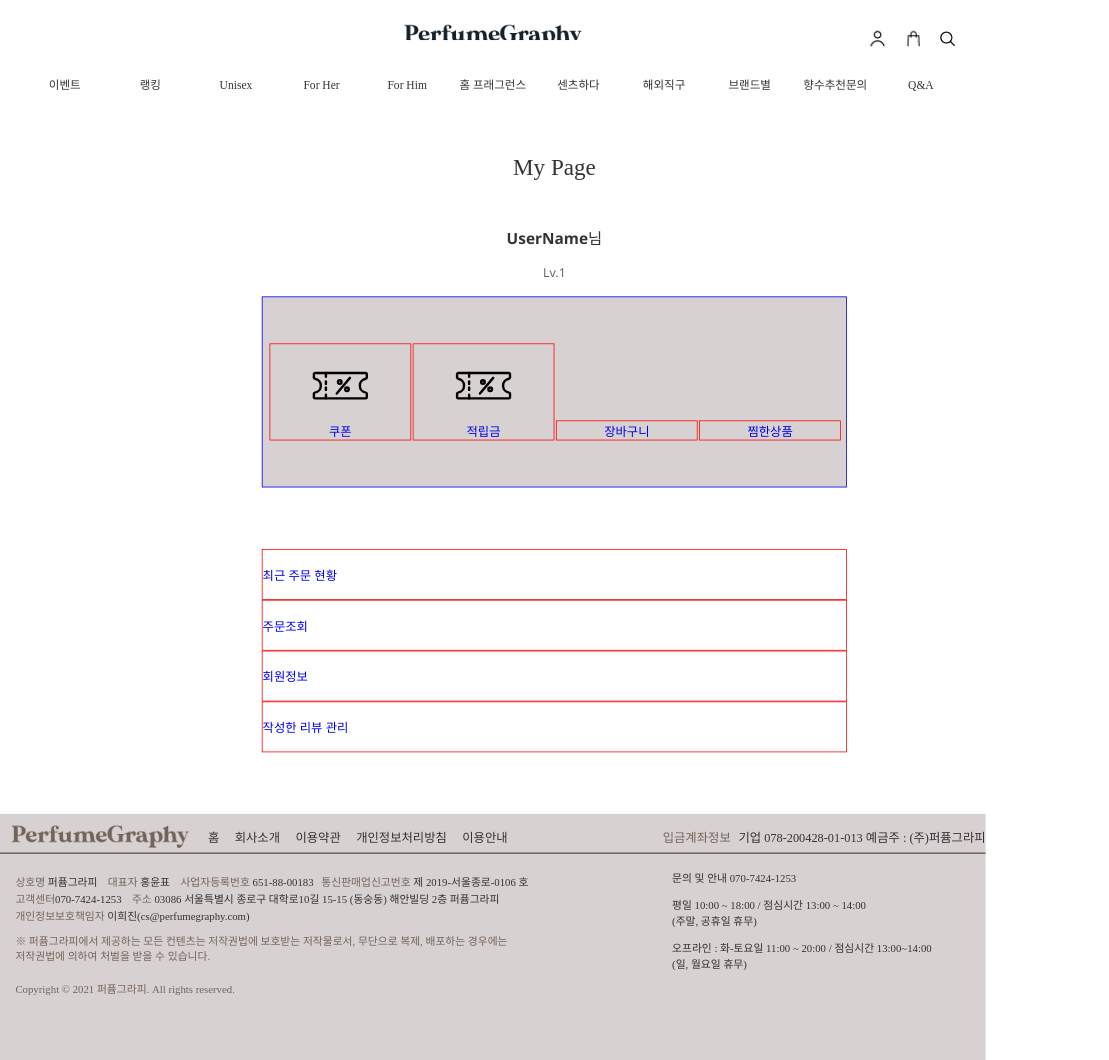
Repository: mingdue03/perfumegraphy
Page: myPage.html
The author's editor kept a copy of each file at every save. The page is drawn from the files as they stood at one save, then again after the next save.
The browser window is 1280 px wide. The page is 1440 px wide, so the pictures cover 1440 px, including what lies to the right of the window. The pictures show the whole page, at 77% of full size.

Above is the page before, as saved 2021-08-27 14:49:51.

After the next save:
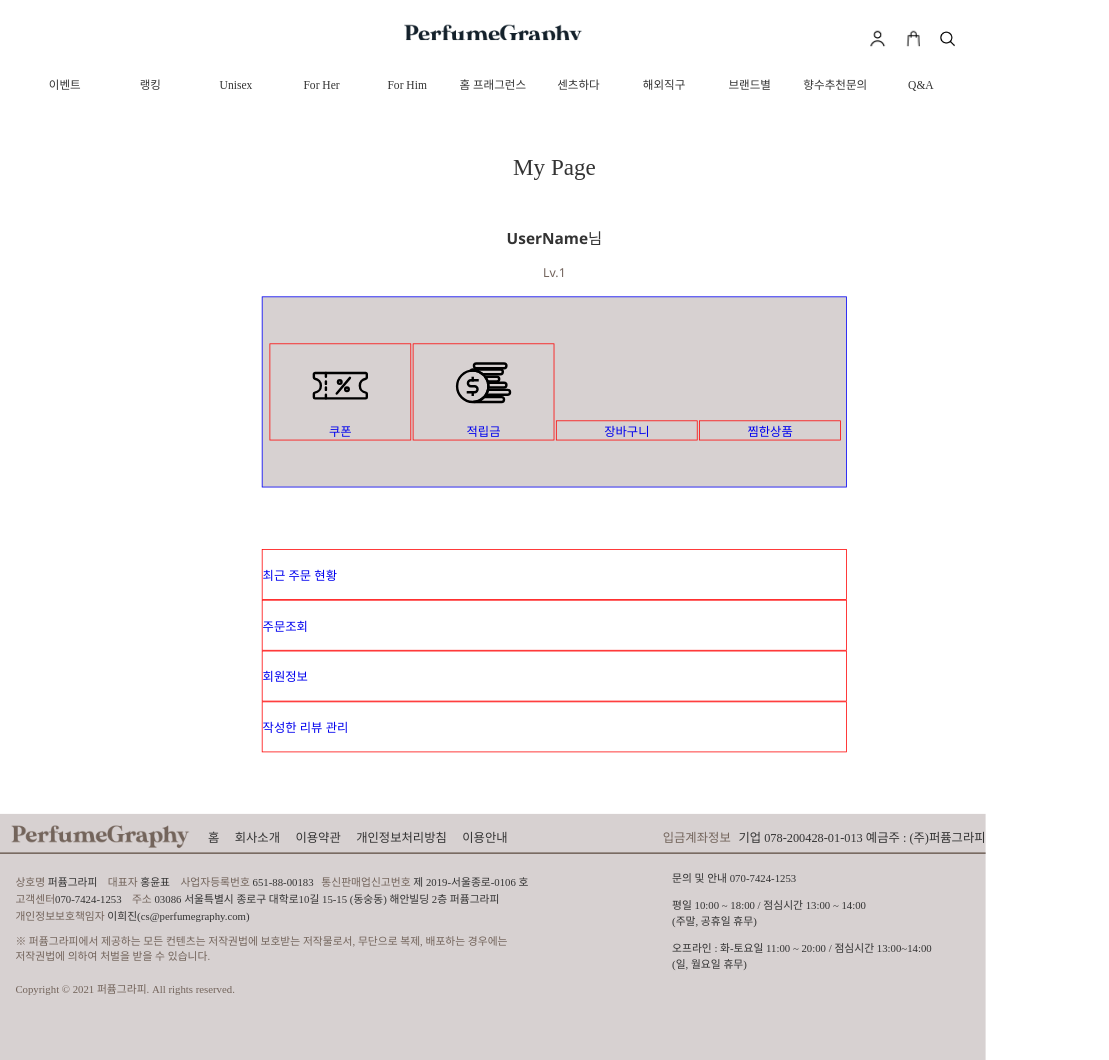
Saved 8 s later.
--- a/css/mypage.css
+++ b/css/mypage.css
@@ -64,7 +64,7 @@
   content:'';
   margin:auto;
   width:100px; height:100px;
-  background:url('../img/icon/coupon_icon.svg') no-repeat 100% 100%;}
+  background:url('../img/icon/coins_icon.svg') no-repeat 100% 100%;}
 .coupon_wrap a.cart:before{}
 
 .coupon_wrap a.heart:before{}
